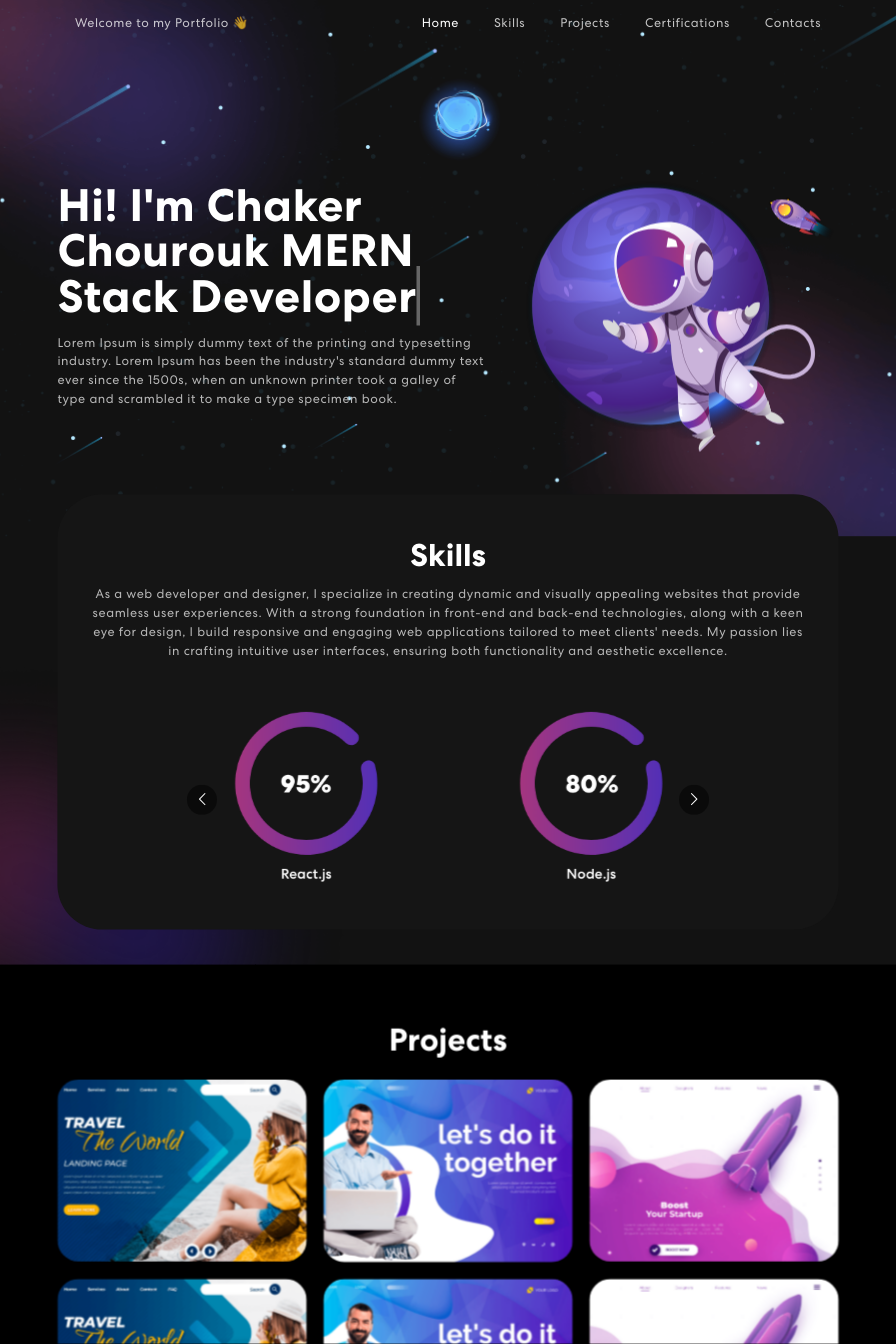
Repository: ChakerChourouk/personal-portfolio
Page: /
The author's editor kept a copy of each file at every save. The page is drawn from the files as they stood at one save, then again after the next save.
The browser window is 1280 px wide. The pictures show the part of the page from y = 0 to 1920 px (the page is 4369 px tall before and 3043 px after), at 70% of full size.
The project was rebuilt for these pictures with package versions that can differ from the ones it lists, and the page was loaded fresh each time.

Above is the page before, as saved 2024-09-19 20:50:33.

### src/App.js
import logo from './logo.svg';
import './App.css';
import 'bootstrap/dist/css/bootstrap.min.css';
import { NavBar } from "./components/NavBar";
import { Banner } from "./components/Banner";
import { Skills } from "./components/Skills";
import { Projects } from "./components/Projects";
import { Footer } from "./components/Footer";
import { Certifications } from "./components/Certifications";

function App() {
  return (
    <div className="App">
      <NavBar />
      <Banner />
      <Skills />
      <Projects />
      <Certifications/>
      <Footer />
    </div>
  );
}

export default App;

### src/App.css
/************ Custom Font ************/
@font-face {
	font-family: Centra;
	src: url('./assets/font/CentraNo2-Bold.ttf');
	font-weight: 700;
}
@font-face {
	font-family: Centra;
	src: url('./assets/font/CentraNo2-Medium.ttf');
	font-weight: 500;
}
@font-face {
	font-family: Centra;
	src: url('./assets/font/CentraNo2-Book.ttf');
	font-weight: 400;
}

/************ Default Css ************/
* {
  margin: 0;
  padding: 0;
  box-sizing: border-box;
}

html {
  scroll-behavior: smooth;
  scroll-padding-top: 75px;
}

body {
  font-weight: 400;
  overflow-x: hidden;
  position: relative;
  background-color: #121212 !important;
  color: #fff !important;
  font-family: 'Centra', sans-serif !important;
}

h1, h2, h3, h4, h5, h6 {
  margin: 0;
  padding: 0;
  line-height: normal;
}

p, a, li, button, ul {
  margin: 0;
  padding: 0;
  line-height: normal;
  text-decoration: none;
}

a:hover {
  text-decoration: none;
}

img {
  width: 100%;
  height: auto;
}

button {
  border: 0;
  background-color: transparent;
}

input:focus, textarea:focus, select:focus {
  outline: none;
}

@media (min-width:1700px) {
	main .container {
		max-width: 100%;
		padding: 0 150px;
	}
}

p.success {
	color: green;
}

p.danger {
	color: red;
}
/************ Navbar Css ************/
nav.navbar {
  padding: 18px 0;
  position: fixed;
  width: 100%;
  top: 0;
  z-index: 9999;
  transition:  0.32s ease-in-out;
}
nav.navbar.scrolled {
  padding: 0px 0;
  background-color: #121212;
}
nav.navbar a.navbar-brand {
    width: 9%;
}
nav.navbar .navbar-nav .nav-link.navbar-link {
  font-weight: 400;
  color: #fff !important;
  letter-spacing: 0.8px;
  padding: 0 25px;
  font-size: 18px;
  opacity: 0.75;
}
nav.navbar .navbar-nav a.nav-link.navbar-link:hover,
nav.navbar .navbar-nav a.nav-link.navbar-link.active {
    opacity: 1;
}
span.navbar-text {
    display: flex;
    align-items: center;
}
.social-icon {
    display: inline-block;
    margin-left: 14px;
}
.social-icon a {
    width: 42px;
    height: 42px;
    background: rgba(217, 217, 217, 0.1);
    display: inline-flex;
    border-radius: 50%;
    margin-right: 6px;
    align-items: center;
    justify-content: center;
    line-height: 1;
    border: 1px solid rgba(255, 255, 255, 0.5);
}
.social-icon a::before {
    content: "";
    width: 42px;
    height: 42px;
    position: absolute;
    background-color: #ffffff;
    border-radius: 50%;
    transform: scale(0);
	transition: 0.3s ease-in-out;
}
.social-icon a:hover::before {
    transform: scale(1);
}
.social-icon a img {
	width: 40%;
	z-index: 1;
	transition: 0.3s ease-in-out;
}
.social-icon a:hover img {
	filter: brightness(0) saturate(100%) invert(0%) sepia(7%) saturate(98%) hue-rotate(346deg) brightness(95%) contrast(86%);
}
.navbar-text button {
  font-weight: 700;
  color: #fff;
  border: 1px solid #fff;
  padding: 18px 34px;
  font-size: 18px;
  margin-left: 18px;
	position: relative;
	background-color: transparent;
	transition: 0.3s ease-in-out;
}
.navbar-text button span {
  z-index: 1;
}
.navbar-text button::before {
  content: "";
  width: 0%;
  height: 100%;
  position: absolute;
  background-color: #fff;
  left: 0;
  top: 0;
  z-index: -1;
  transition: 0.3s ease-in-out;
}
.navbar-text button:hover {
  color: #121212;
}
.navbar-text button:hover::before {
	content: "";
	width: 100%;
	height: 100%;
	position: absolute;
}
nav.navbar .navbar-toggler:active,
nav.navbar .navbar-toggler:focus {
	outline: none;
    box-shadow: none;
}
nav.navbar .navbar-toggler-icon {
  width: 24px;
  height: 17px;
  background-image: none;
  position: relative;
  border-bottom: 2px solid #fff;
  transition: all 300ms linear;
  top: -2px;
}
nav.navbar .navbar-toggler-icon:focus {
	border-bottom: 2px solid #fff;
}
nav.navbar .navbar-toggler-icon:after,
nav.navbar .navbar-toggler-icon:before {
	width: 24px;
	position: absolute;
	height: 2px;
	background-color: #fff;
	top: 0;
	left: 0;
	content: '';
	z-index: 2;
	transition: all 300ms linear;
}
nav.navbar .navbar-toggler-icon:after {
	top: 8px;
}
nav.navbar .navbar-toggler[aria-expanded="true"] .navbar-toggler-icon:after {
	transform: rotate(45deg);
	background-color: #fff;
	height: 2px;
}
nav.navbar .navbar-toggler[aria-expanded="true"] .navbar-toggler-icon:before {
	transform: translateY(8px) rotate(-45deg);
	background-color: #fff;
	height: 2px;
}
nav.navbar .navbar-toggler[aria-expanded="true"] .navbar-toggler-icon {
	border-color: transparent;
}

/************ Banner Css ************/
.banner {
  margin-top: 0;
  padding: 260px 0 100px 0;
  background-image: url('./assets/img/banner-bg.png');
  background-position: top center;
  background-size: cover;
  background-repeat: no-repeat;
}
.banner .tagline {
  font-weight: 700;
  letter-spacing: 0.8px;
  padding: 8px 10px;
  background: linear-gradient(90.21deg, rgba(170, 54, 124, 0.5) -5.91%, rgba(74, 47, 189, 0.5) 111.58%);
  border: 1px solid rgba(255, 255, 255, 0.5);
  font-size: 20px;
  margin-bottom: 16px;
  display: inline-block;
}
.banner h1 {
  font-size: 65px;
  font-weight: 700;
  letter-spacing: 0.8px;
  line-height: 1;
  margin-bottom: 20px;
  display: block;
}
.banner p {
  color: #B8B8B8;
  font-size: 18px;
  letter-spacing: 0.8px;
  line-height: 1.5em;
  width: 96%;
}
.banner button {
  color: #fff;
  font-weight: 700;
  font-size: 20px;
  margin-top: 60px;
  letter-spacing: 0.8px;
  display: flex;
  align-items: center;
}
.banner button svg {
  font-size: 25px;
  margin-left: 10px;
  transition: 0.3s ease-in-out;
  line-height: 1;
}
.banner button:hover svg {
  margin-left: 25px;
}
.banner img {
  animation: updown 3s linear infinite;
}
@keyframes updown {
    0% {
        transform: translateY(-20px);
    }
    50% {
        transform: translateY(20px);
    }
    100% {
        transform: translateY(-20px);
    }
}
.txt-rotate > .wrap {
  border-right: 0.08em solid #666;
}

/************ Skills Css ************/
.skill {
  padding: 0 0 50px 0;
  position: relative;
}
.skill-bx {
  background: #151515;
  border-radius: 64px;
  text-align: center;
  padding: 60px 50px;
  margin-top: -60px;
}
.skill h2 {
	font-size: 45px;
	font-weight: 700;
}
.skill p {
    color: #B8B8B8;
    font-size: 18px;
    letter-spacing: 0.8px;
    line-height: 1.5em;
    margin: 14px 0 75px 0;
}
.skill-slider {
  width: 80%;
  margin: 0 auto;
  position: relative;
}
.skill-slider .item img {
  width: 50%;
  margin: 0 auto 15px auto;
}
.background-image-left {
  top: 28%;
  position: absolute;
  bottom: 0;
  width: 40%;
  z-index: -4;
}

/************ Projects Css ************/
.project {
  padding: 80px 0;
  position: relative;
  background-color: black;
}
.project h2 {
	font-size: 45px;
	font-weight: 700;
  text-align: center;
}
.project p {
  color: #B8B8B8;
  font-size: 18px;
  letter-spacing: 0.8px;
  line-height: 1.5em;
  margin: 14px auto 30px auto;
  text-align: center;
  width: 56%;
}
.project .nav.nav-pills {
  width: 72%;
  margin: 0 auto;
  border-radius: 50px;
  background-color: rgb(255 255 255 / 10%);
  overflow: hidden;
}
.project .nav.nav-pills .nav-item {
  width: 33.33333%;
}
.project .nav.nav-pills .nav-link {
  background-color: transparent;
  border-radius: 0;
  padding: 17px 0;
  color: #fff;
  width: 100%;
  font-size: 17px;
  letter-spacing: 0.8px;
  font-weight: 500;
  position: relative;
  transition: 0.3s ease-in-out;
  text-align: center;
  z-index: 0;
}
.project .nav.nav-pills .nav-link::before {
    content: "";
    position: absolute;
    width: 0;
    height: 100%;
    background: linear-gradient(90.21deg, #AA367C -5.91%, #4A2FBD 111.58%);
    top: 0;
    left: 0;
    z-index: -1;
    transition: 0.3s ease-in-out;
}
.project .nav.nav-pills .nav-link.active::before {
    width: 100% !important;
}
.project .nav.nav-pills .nav-link.active {
    border: 1px solid rgba(255, 255, 255, 1);
}
.nav-link#projects-tabs-tab-first {
  border: 1px solid rgba(255, 255, 255, 0.5);
  border-radius: 55px 0px 0px 55px;
}
.nav-link#projects-tabs-tab-second {
  border-top: 1px solid rgba(255, 255, 255, 0.5);
  border-bottom: 1px solid rgba(255, 255, 255, 0.5);
}
.nav-link#projects-tabs-tab-third {
  border: 1px solid rgba(255, 255, 255, 0.5);
  border-radius: 0 55px 55px 0;
}
.proj-imgbx {
  position: relative;
  border-radius: 30px;
  overflow: hidden;
  margin-bottom: 24px;
}
.proj-imgbx::before {
  content: "";
  background: linear-gradient(90.21deg, #AA367C -5.91%, #4A2FBD 111.58%);
  opacity: 0.85;
  position: absolute;
  width: 100%;
  height: 0;
  transition: 0.4s ease-in-out;
}
.proj-imgbx:hover::before {
  height: 100%;
}
.proj-txtx {
  position: absolute;
  text-align: center;
  top: 65%;
  left: 50%;
  transform: translate(-50%, -50%);
  transition: 0.5s ease-in-out;
  opacity: 0;
  width: 100%;
}
.proj-imgbx:hover .proj-txtx {
  top: 50%;
  opacity: 1;
}
.proj-txtx h4 {
  font-size: 30px;
  font-weight: 700;
  letter-spacing: 0.8px;
  line-height: 1.1em;
}
.proj-txtx span {
  font-style: italic;
  font-weight: 400;
  font-size: 15px;
  letter-spacing: 0.8px;
}
.background-image-right {
  top: 20%;
  position: absolute;
  bottom: 0;
  width: 35%;
  right: 0;
  z-index: -4;
}

/************ Projects Css ************/
.contact {
  background: linear-gradient(90.21deg, #AA367C -5.91%, #4A2FBD 111.58%);
  padding: 60px 0 200px 0;
}
.contact img {
  width: 92%;
}
.contact h2 {
	font-size: 45px;
	font-weight: 700;
  margin-bottom: 30px;
}
.contact form input, .contact form textarea {
  width: 100%;
  background: rgba(255, 255, 255, 0.1);
  border: 1px solid rgba(255, 255, 255, 0.5);
  border-radius: 20px;
  color: #fff;
  margin: 0 0 8px 0;
  padding: 18px 26px;
  font-weight: 500;
  font-size: 18px;
  letter-spacing: 0.8px;
  transition: 0.3s ease-in-out;
}
.contact form input:focus, .contact form textarea:focus {
  background: rgba(255, 255, 255, 1);
  color: #121212;
}
.contact form input::placeholder, .contact form textarea::placeholder {
  font-size: 16px;
  font-weight: 400;
  color: #fff;
}
.contact form input:focus::placeholder, .contact form textarea:focus::placeholder {
  color: #121212;
  opacity: 0.8;
}
.contact form button {
  font-weight: 700;
  color: #000;
  background-color: #fff;
  padding: 14px 48px;
  font-size: 18px;
  margin-top: 25px;
  border-radius: 0;
  position: relative;
  transition: 0.3s ease-in-out;
}
.contact form button span {
  z-index: 1;
  position: relative;
}
.contact form button:hover {
  color: #fff;
}
.contact form button::before {
  content: "";
  background: #121212;
  width: 0;
  height: 100%;
  position: absolute;
  top: 0;
  left: 0;
  z-index: 0;
  transition: 0.3s ease-in-out;
}
.contact form button:hover::before {
  width: 100%;
}

/************ Footer Css ************/

.footer {
  padding: 20px 0;
}

.social-icon a {
  margin: 0 10px;
}

/* Add margin to create space between icons and the text */
.text-center p {
  margin-top: 20px; /* Adjust the value for more or less space */
}


.welcome {
    font-weight: 400;
    color: #fff !important;
    letter-spacing: 0.8px;
    padding: 0 25px;
    font-size: 18px;
    opacity: 0.75;
}

.card {
  text-align: center;
  padding: 20px;
}

### src/components/NavBar.js
import { useState, useEffect } from "react";
import { Navbar, Nav, Container } from "react-bootstrap";
import {
  BrowserRouter as Router
} from "react-router-dom";

export const NavBar = () => {

  const [activeLink, setActiveLink] = useState('home');
  const [scrolled, setScrolled] = useState(false);

  useEffect(() => {
    const onScroll = () => {
      if (window.scrollY > 50) {
        setScrolled(true);
      } else {
        setScrolled(false);
      }
    }

    window.addEventListener("scroll", onScroll);

    return () => window.removeEventListener("scroll", onScroll);
  }, [])

  const onUpdateActiveLink = (value) => {
    setActiveLink(value);
  }

  return (
    <Router>
      <Navbar expand="md" className={scrolled ? "scrolled" : ""}>
        <Container>
         {/* <Navbar.Brand href="/">
            <img src={logo} alt="Logo" />
          </Navbar.Brand>*/}
          <span className="welcome">Welcome to my Portfolio<span role="img" aria-label="waving hand"> 👋</span> </span>
          <Navbar.Toggle aria-controls="basic-navbar-nav">
            <span className="navbar-toggler-icon"></span>
          </Navbar.Toggle>
          <Navbar.Collapse id="basic-navbar-nav">
            <Nav className="ms-auto">
              <Nav.Link href="#home" className={activeLink === 'home' ? 'active navbar-link' : 'navbar-link'} onClick={() => onUpdateActiveLink('home')}>Home</Nav.Link>
              <Nav.Link href="#skills" className={activeLink === 'skills' ? 'active navbar-link' : 'navbar-link'} onClick={() => onUpdateActiveLink('skills')}>Skills</Nav.Link>
              <Nav.Link href="#projects" className={activeLink === 'projects' ? 'active navbar-link' : 'navbar-link'} onClick={() => onUpdateActiveLink('projects')}>Projects</Nav.Link>
              <Nav.Link href="#contacts" className={activeLink === 'certification' ? 'active navbar-link' : 'navbar-link'} onClick={() => onUpdateActiveLink('certification')}>Certifications</Nav.Link>
              <Nav.Link href="#contacts" className={activeLink === 'contacts' ? 'active navbar-link' : 'navbar-link'} onClick={() => onUpdateActiveLink('projects')}>Contacts</Nav.Link>
            </Nav>
            {/*<span className="navbar-text">
              <div className="social-icon">
                <a href="#"><img src={navIcon1} alt="" /></a>
                <a href="#"><img src={navIcon2} alt="" /></a>
                <a href="#"><img src={navIcon3} alt="" /></a>
              </div>
            </span>*/}
          </Navbar.Collapse>
        </Container>
      </Navbar>
    </Router>
  )
}

### src/components/Projects.js
import { Container, Row, Col, Tab, Nav } from "react-bootstrap";
import { ProjectCard } from "./ProjectCard";
import projImg1 from "../assets/img/project-img1.png";
import projImg2 from "../assets/img/project-img2.png";
import projImg3 from "../assets/img/project-img3.png";
import colorSharp2 from "../assets/img/color-sharp2.png";
import 'animate.css';
import TrackVisibility from 'react-on-screen';

export const Projects = () => {

  const projects = [
    {
      title: "Business Startup",
      description: "Design & Development",
      imgUrl: projImg1,
    },
    {
      title: "Business Startup",
      description: "Design & Development",
      imgUrl: projImg2,
    },
    {
      title: "Business Startup",
      description: "Design & Development",
      imgUrl: projImg3,
    },
    {
      title: "Business Startup",
      description: "Design & Development",
      imgUrl: projImg1,
    },
    {
      title: "Business Startup",
      description: "Design & Development",
      imgUrl: projImg2,
    },
    {
      title: "Business Startup",
      description: "Design & Development",
      imgUrl: projImg3,
    },
  ];

  return (
    <section className="project" id="projects">
      <Container>
        <Row>
          <Col size={12}>
            <TrackVisibility>
              {({ isVisible }) =>
              <div className={isVisible ? "animate__animated animate__fadeIn": ""}>
                <h2>Projects</h2>
                <p>  </p>
                <Tab.Container id="projects-tabs" defaultActiveKey="first">
                  <Tab.Content id="slideInUp" className={isVisible ? "animate__animated animate__slideInUp" : ""}>
                    <Tab.Pane eventKey="first">
                      <Row>
                        {
                          projects.map((project, index) => {
                            return (
                              <ProjectCard
                                key={index}
                                {...project}
                                />
                            )
                          })
                        }
                      </Row>
                    </Tab.Pane>
                  </Tab.Content>
                </Tab.Container>
              </div>}
            </TrackVisibility>
          </Col>
        </Row>
      </Container>
      <img className="background-image-right" src={colorSharp2}></img>
    </section>
  )
}

### src/components/Footer.js
import { Container, Row, Col } from "react-bootstrap";
import logo from "../assets/img/logo.svg";
import navIcon1 from "../assets/img/nav-icon1.svg";
import navIcon2 from "../assets/img/nav-icon2.svg";
import navIcon3 from "../assets/img/nav-icon3.svg";

export const Footer = () => {
  return (
    <footer className="footer" id="contacts" >
      <Container>
        <Row className="align-items-center justify-content-center">
          <Col size={12} sm={6} className="text-center">
            <div className="social-icon">
              <a href="https://www.linkedin.com/in/chaker-chourouk-a32841257/"><img src={navIcon1} alt="Icon" /></a>
              <a href="#"><img src={navIcon2} alt="Icon" /></a>
              <a href="#"><img src={navIcon3} alt="Icon" /></a>
            </div>
            <p>Copyright 2024. All Rights Reserved</p>
          </Col>
        </Row>
      </Container>
    </footer>
  );
};

### src/components/Certifications.js
import { Container, Row, Col, Tab } from "react-bootstrap";
import { ProjectCard } from "./ProjectCard2";
import colorSharp2 from "../assets/img/color-sharp2.png";
import 'animate.css';
import TrackVisibility from 'react-on-screen';

export const Certifications = () => {

  const projects = [
    {
      title: "Introduction to Web Development",
      organization: "FreeCodeCamp",
      date: "June 2023",
      skills: ["HTML", "CSS", "JavaScript"],
      certificateUrl: "https://www.example.com/certificate1",
    },
    {
      title: "Data Science for Beginners",
      organization: "Coursera",
      date: "August 2023",
      skills: ["Python", "Pandas", "Machine Learning"],
      certificateUrl: "https://www.example.com/certificate2",
    },
  ];

  return (
    <section className="project" id="certification">
      <Container>
        <Row>
          <Col size={12}>
            <TrackVisibility>
              {({ isVisible }) =>
              <div className={isVisible ? "animate__animated animate__fadeIn": ""}>
                <h2>Certifications</h2>
                <p>Here are some of the certifications I have earned.</p>
                <Tab.Container id="projects-tabs" defaultActiveKey="first">
                  <Tab.Content id="slideInUp" className={isVisible ? "animate__animated animate__slideInUp" : ""}>
                    <Tab.Pane eventKey="first">
                      <Row>
                        {
                          projects.map((project, index) => {
                            return (
                              <Col key={index} sm={12} md={4} className="mb-4">
                                <ProjectCard
                                  title={project.title}
                                  organization={project.organization}
                                  date={project.date}
                                  skills={project.skills}
                                  certificateUrl={project.certificateUrl}
                                />
                              </Col>
                            );
                          })
                        }
                      </Row>
                    </Tab.Pane>
                  </Tab.Content>
                </Tab.Container>
              </div>}
            </TrackVisibility>
          </Col>
        </Row>
      </Container>
      <img className="background-image-right" src={colorSharp2} alt="Background" />
    </section>
  );
};

### src/components/ProjectCard2.js
import { Card, Button } from "react-bootstrap";
import './ProjectCard2.css'; // Import the CSS file

export const ProjectCard = ({ title, organization, date, skills, certificateUrl }) => {
  return (
    <Card className="custom-card h-100">
      <Card.Body>
        <Card.Title>{title}</Card.Title>
        <Card.Subtitle className="mb-2 text-muted">{organization}</Card.Subtitle>
        <Card.Text>
          <strong>Date:</strong> {date}<br />
          <strong>Skills Learned:</strong> {skills.join(", ")}
        </Card.Text>
        <Button variant="primary" href={certificateUrl} target="_blank" className="rainbow-button">
          View Credentials
        </Button>
      </Card.Body>
    </Card>
  );
};

### src/components/ProjectCard2.css
.project img {
    width: 100%; /* Ensures the image takes up the full width of its container */
    height: auto; /* Maintains aspect ratio */
    object-fit: cover; /* Ensures image is cropped to fit within the container */
  }

Loaded but not shown: public/index.html (common file); src/index.js (common file); src/index.css (common file); src/reportWebVitals.js (common file); src/components/ProjectCard.js (common file); src/components/Skills.js (72 lines, source omitted); src/components/Banner.js (75 lines, source omitted)

After the next save:
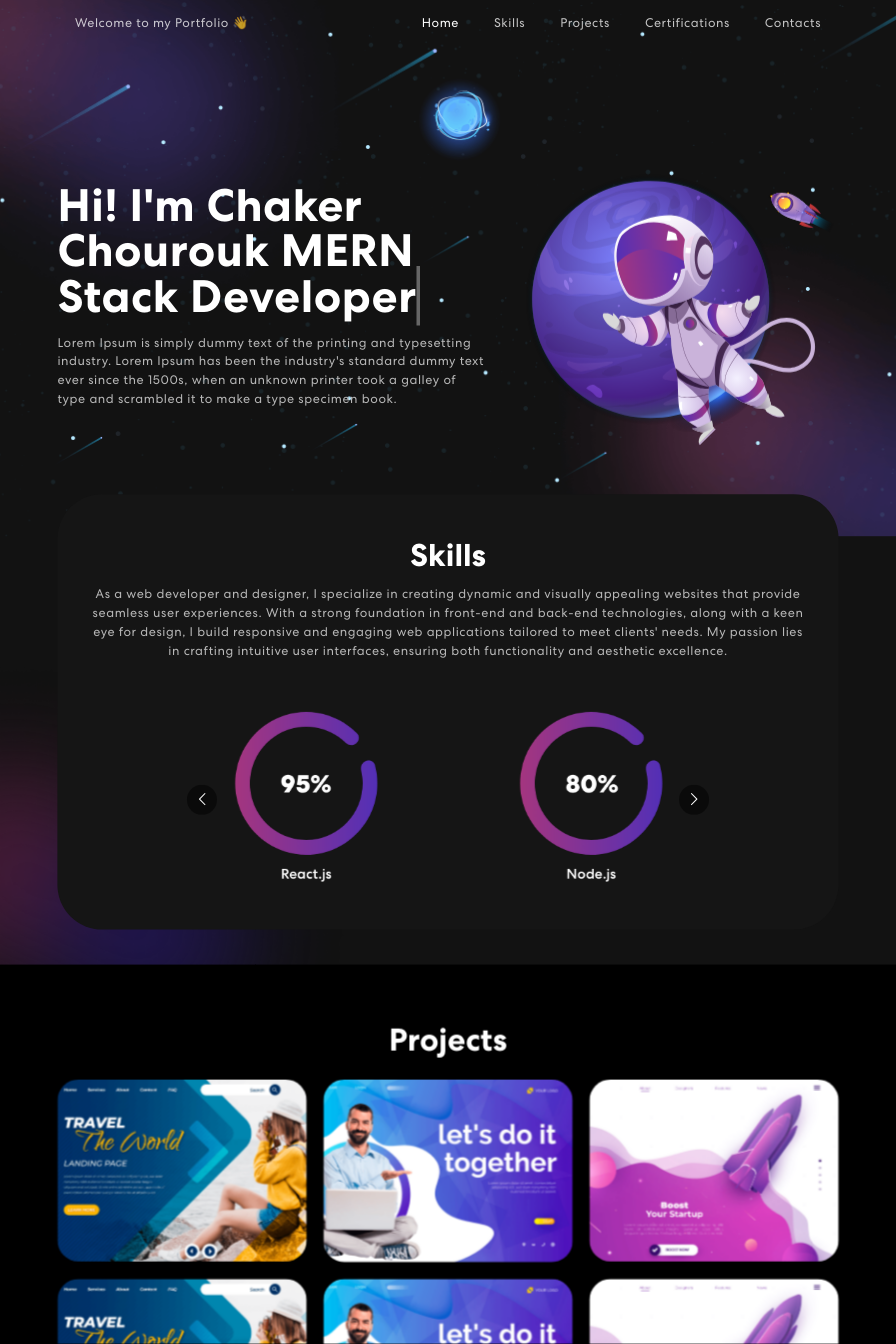
Saved 91 s later.
--- a/src/components/ProjectCard2.css
+++ b/src/components/ProjectCard2.css
@@ -1,5 +1,32 @@
-.project img {
-    width: 100%; /* Ensures the image takes up the full width of its container */
-    height: auto; /* Maintains aspect ratio */
-    object-fit: cover; /* Ensures image is cropped to fit within the container */
+/* Style for the card */
+.custom-card {
+    background-color: black;
+    border: 2px solid;
+    border-image: linear-gradient(45deg, red, orange, yellow, green, blue, indigo, violet) 1;
+    border-radius: 15px; /* Rounded corners */
+    color: white; /* Text color */
+    padding: 20px;
+    text-align: center;
+    transition: transform 0.2s;
   }
+
+  .custom-card:hover {
+    transform: scale(1.05); /* Slight zoom on hover */
+  }
+
+  /* Rainbow button */
+  .rainbow-button {
+    background: linear-gradient(45deg, red, orange, yellow, green, blue, indigo, violet);
+    border: none;
+    color: white;
+    border-radius: 10px;
+    padding: 10px 20px;
+    text-transform: uppercase;
+    font-weight: bold;
+    transition: background 0.3s ease;
+  }
+
+  .rainbow-button:hover {
+    background: linear-gradient(45deg, violet, indigo, blue, green, yellow, orange, red); /* Reverse on hover */
+    color: white;
+  }
